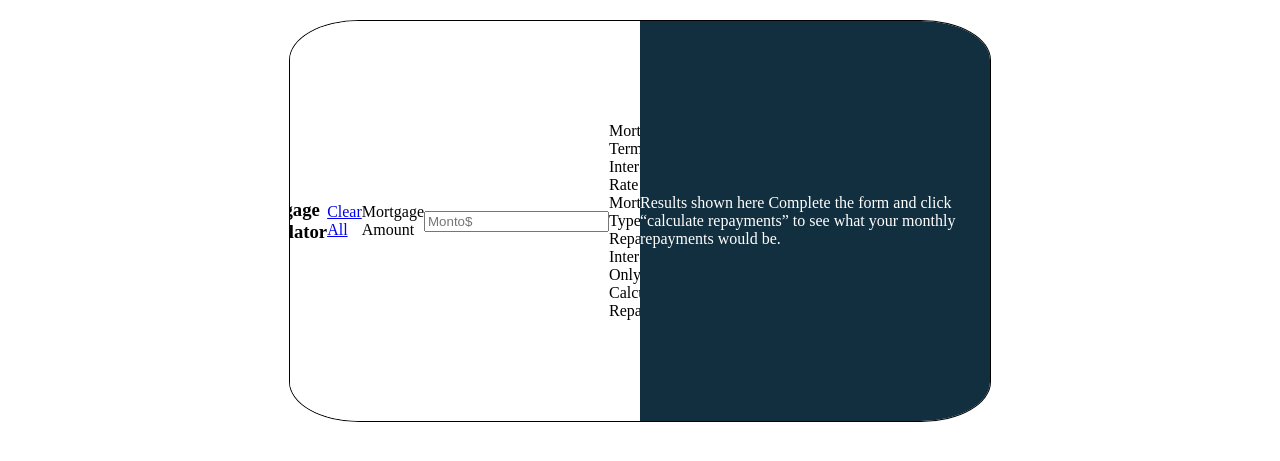
Repository: GravielPV/Mortgage-repayment-calculator
Page: index.html
These files come from the project's save history. The page is drawn as it stood at one moment and after a run of saves; the edit follows.
The browser window is 1280 px wide. The pictures show the whole page.

Above is the page before, as saved 2025-12-11 16:51:05.

### index.html
<!DOCTYPE html>
<html lang="en">
<head>
  <meta charset="UTF-8">
  <meta name="viewport" content="width=device-width, initial-scale=1.0"> <!-- displays site properly based on user's device -->

  <link rel="icon" type="image/png" sizes="32x32" href="./assets/images/favicon-32x32.png">
  <link rel="stylesheet" href="styles.css">
  <title>Frontend Mentor | Mortgage repayment calculator</title>


</head>
<body>
  <div class="carta">

    <div class="lado izquierdo">

 <h3> Mortgage Calculator </h3>
  <a href="#">Clear All</a>

  <label for="mortgage">Mortgage Amount</label>
<input type="text" name="mortgage" id="input-mortgage" placeholder="Monto$">
<label for=""></label>
  Mortgage Term

  Interest Rate

  Mortgage Type
  Repayment
  Interest Only

  Calculate Repayments
  </div>

  <!-- Empty results start -->

  <div class="lado derecho">

  Results shown here

  Complete the form and click “calculate repayments” to see what
  your monthly repayments would be.
  </div>

  <!-- Empty results end -->

  <!-- Completed results start -->

  <div class="resultado">
  Your results

  Your results are shown below based on the information you provided.
  To adjust the results, edit the form and click “calculate repayments” again.

  Your monthly repayments

  Total you'll repay over the term
  </div>

  </div>

  <!-- Completed results end -->

</body>
</html>

### styles.css
.carta{
    width: 700px;
    height: 400px;
display: flex;
margin: 20px auto;
border-radius: 10%;
border: 1px solid rgb(0, 0, 0);
 overflow: hidden;
}

.lado{
    width: 50%;
    display: flex;
    align-items: center;
    justify-content: center;
}

.izquierdo{
display: flex;
    background-color: rgb(255, 255, 255);
}

.derecho{

    background-color: hsl(202, 55%, 16%);
    color: white;
}

.resultado{
    display: none;
}

After the next 3 saves:
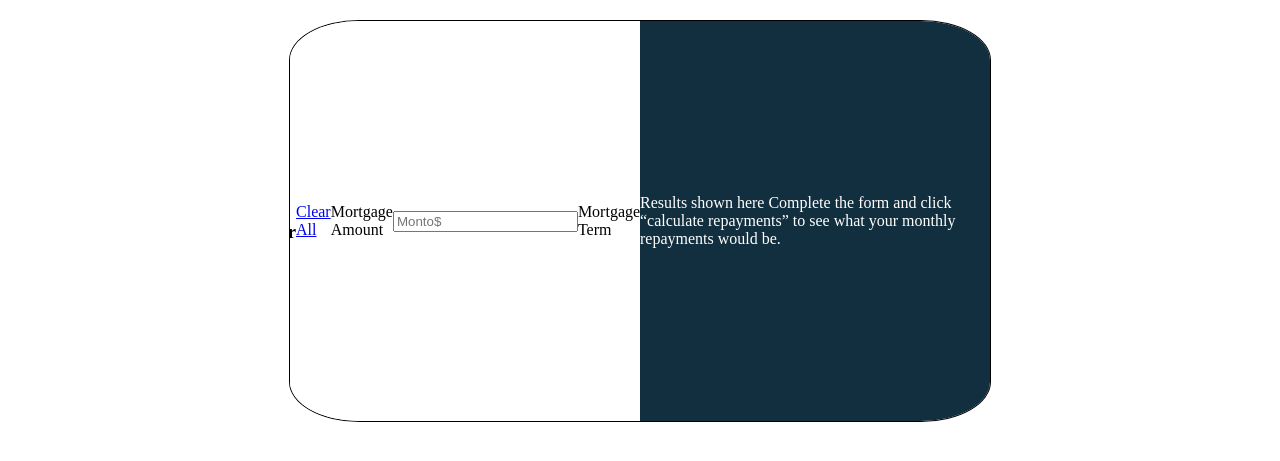
The 3 saves are shown as one change because they came seconds apart.
The last was saved 9 s later.
--- a/index.html
+++ b/index.html
@@ -20,8 +20,9 @@
 
   <label for="mortgage">Mortgage Amount</label>
 <input type="text" name="mortgage" id="input-mortgage" placeholder="Monto$">
+<label for="">Mortgage Term</label>
 <label for=""></label>
-  Mortgage Term
+
 
   Interest Rate
 
